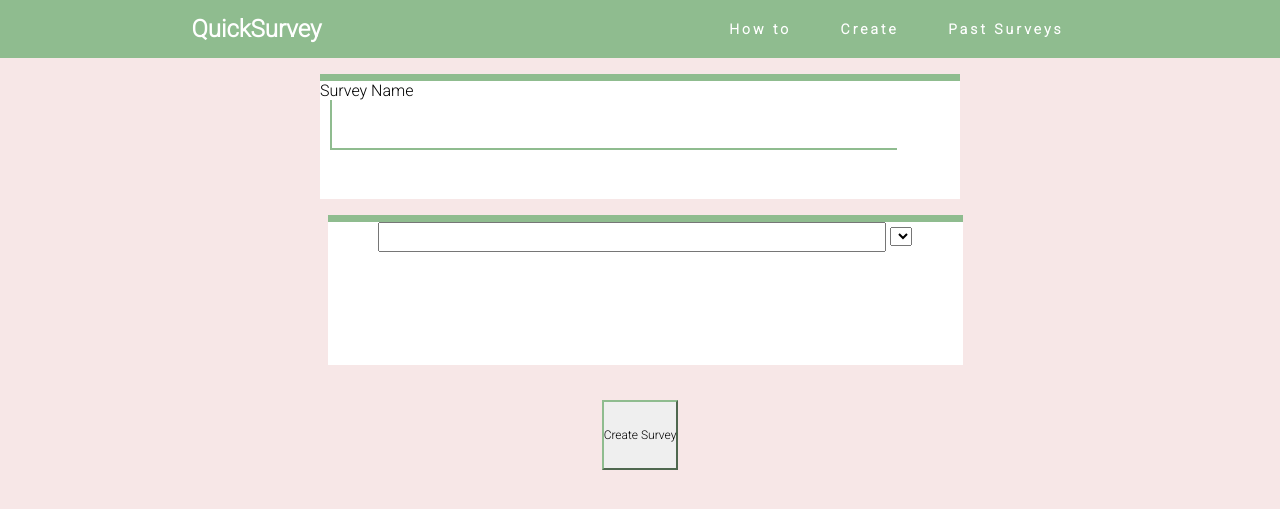
Repository: cakuang1/QuickSurvey
Page: create.html
These files come from the project's save history. The page is drawn as it stood at one moment and after the next save; the edit follows.
The browser window is 1280 px wide. The pictures show the whole page.
Some web libraries are served in a nearby version.

Above is the page before, as saved 2022-01-08 22:53:44.

After the next save:
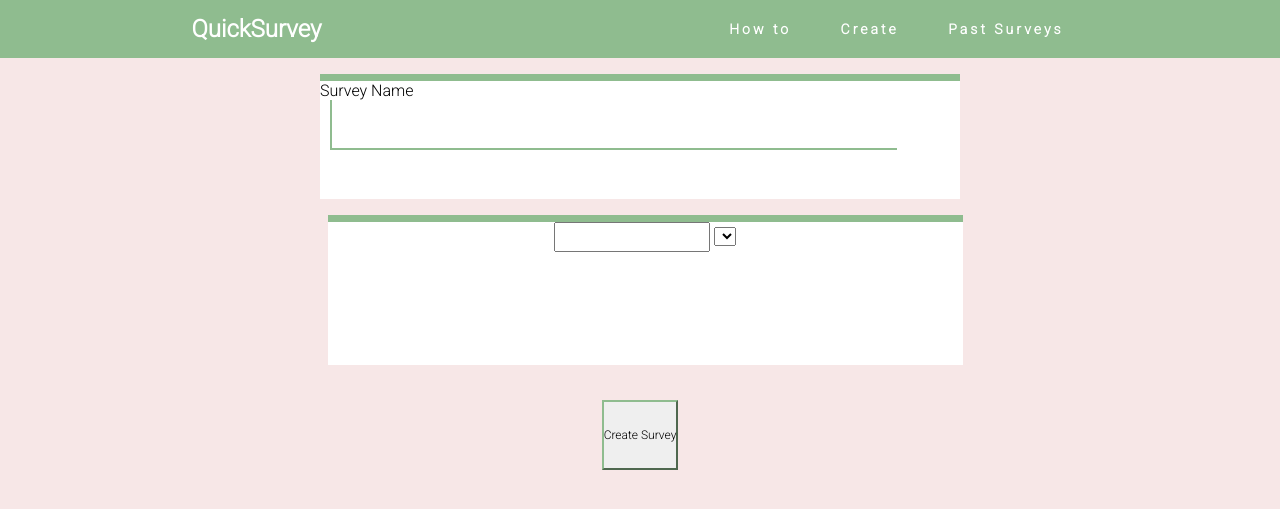
Saved 6 s later.
--- a/style.css
+++ b/style.css
@@ -146,7 +146,7 @@
 
 .formdiv .inps{
     height: 30px;
-    border: solid dar;
+    border
     width: 80%;
 
 

After the save that followed:
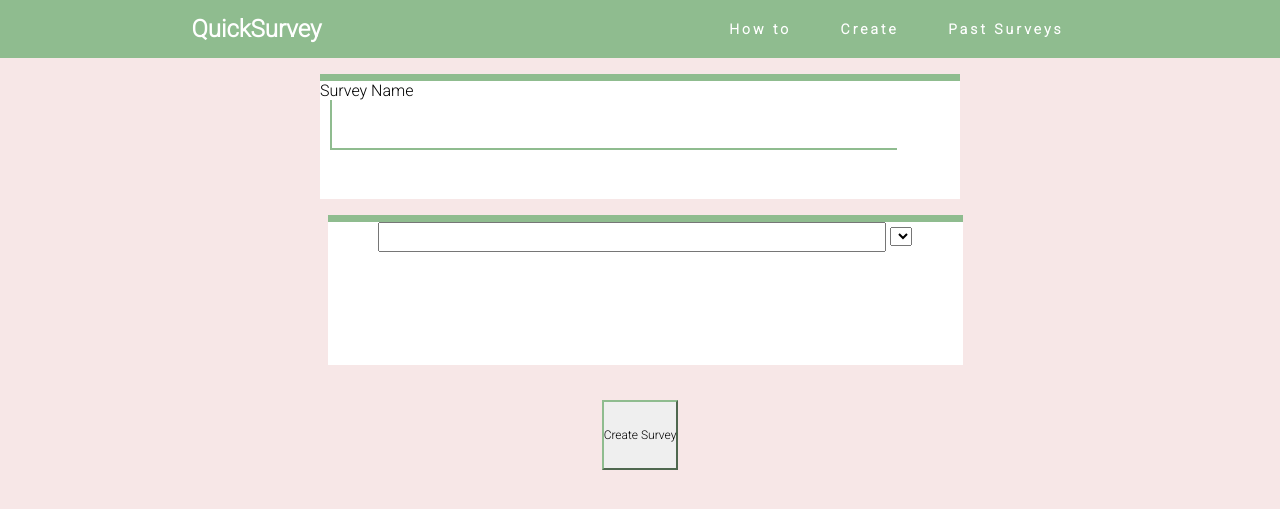
Saved 12 s later.
--- a/style.css
+++ b/style.css
@@ -146,7 +146,7 @@
 
 .formdiv .inps{
     height: 30px;
-    border
+    border-bottom: solid dar;
     width: 80%;
 
 
